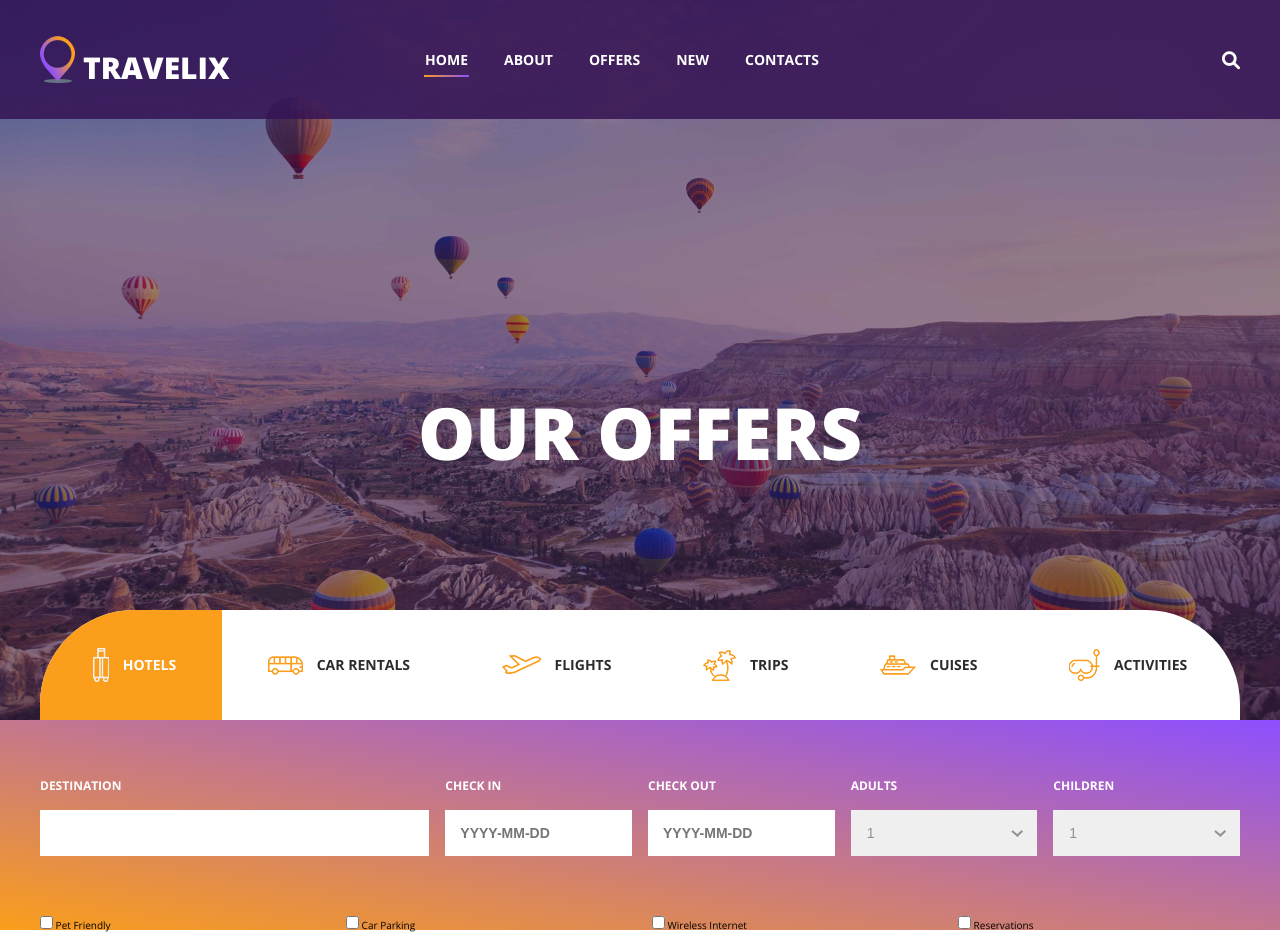
Repository: phamhuuloc/Travelix_Template
Page: offers.html
These files come from the project's save history. The page is drawn as it stood at one moment and after the next save; the edit follows.
The browser window is 1280 px wide. The pictures show the whole page.
Some web fonts or font styles are not loaded; a fallback is used.

Above is the page before, as saved 2021-10-17 11:06:28.

After the next save:
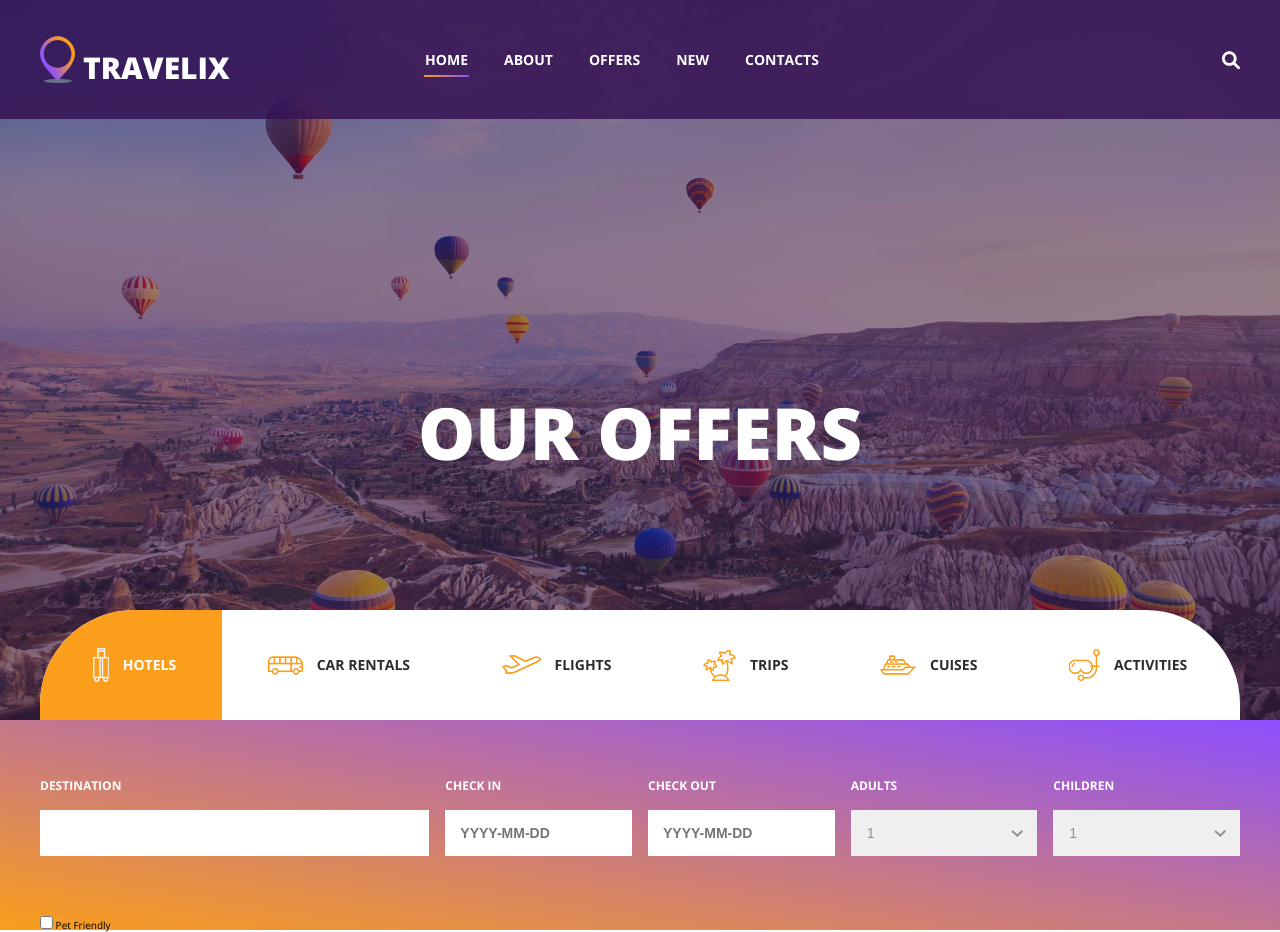
Saved 59 s later.
--- a/offers.html
+++ b/offers.html
@@ -241,22 +241,9 @@
     </div>
     <div class="search__extra">
       <div class="row">
-        <div class="search__extra--items col l-3">
-          <input type="checkbox"></input>
+        <div class="search__extra__items col l-3">
+          <input type="checkbox" />
           <label for="#">Pet Friendly</label>
-        </div>
-        <div class="search__extra--items col l-3">
-          <input type="checkbox"></input>
-          <label for="#">Car Parking</label>
-        </div>
-        <div class="search__extra--items col l-3">
-          <input type="checkbox"></input>
-          <label for="#">Wireless Internet</label>
-        </div>
-        <div class="search__extra--items col l-3">
-          <input type="checkbox"></input>
-          <label for="#">
-Reservations</label>
         </div>
       </div>
     </div>
